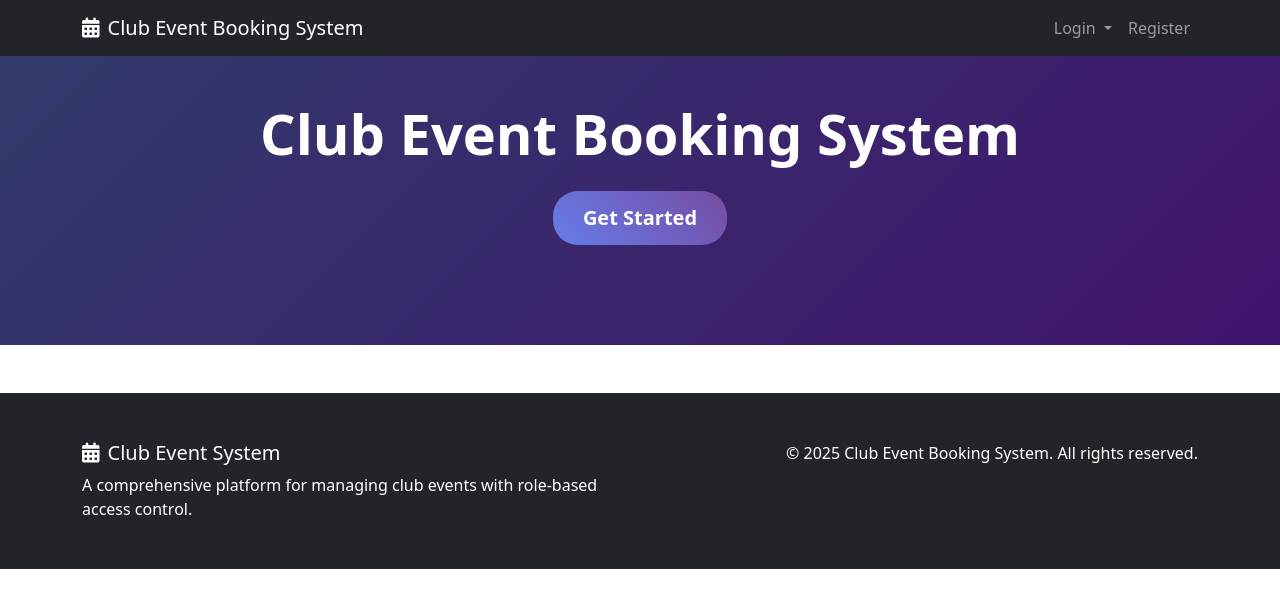
Repository: vipinsamy-sys/clubevent
Page: public/index.html
These files come from the project's save history. The page is drawn as it stood at one moment and after the next save; the edit follows.
The browser window is 1280 px wide. The pictures show the whole page.

Above is the page before, as saved 2025-10-20 14:26:59.

After the next save:
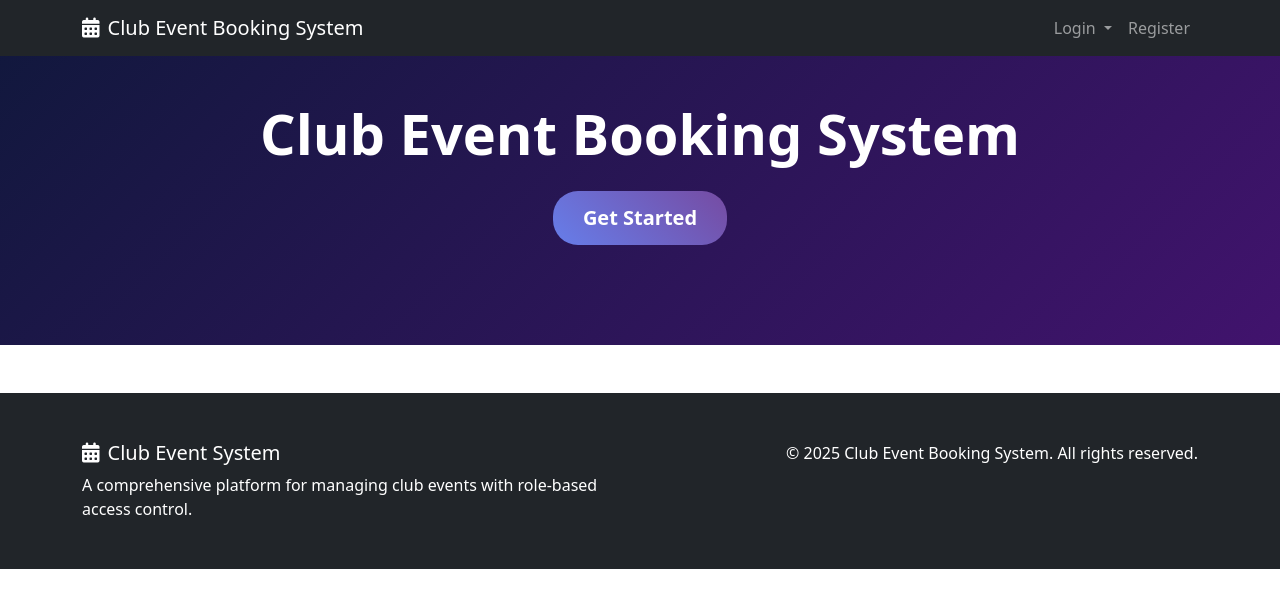
Saved 12 s later.
--- a/public/index.html
+++ b/public/index.html
@@ -8,7 +8,7 @@
     <link rel="stylesheet" href="https://cdnjs.cloudflare.com/ajax/libs/font-awesome/6.5.0/css/all.min.css">
     <style>
         .main-section {
-            background: linear-gradient(135deg, #313c6b 0%, #41136d 100%);
+            background: linear-gradient(135deg, #10183c 0%, #41136d 100%);
             color: white;
             padding: 100px 0;
             text-align: center;
